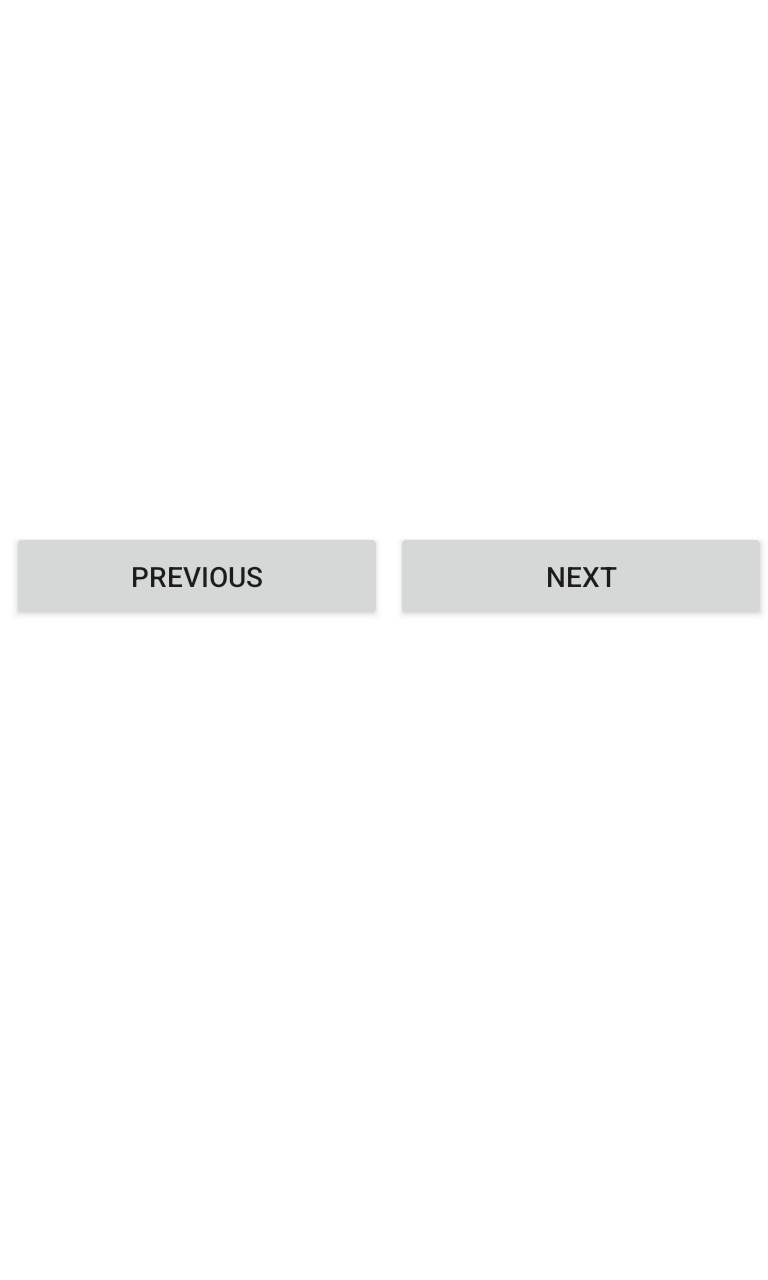
Repository: Warun26/PropertySearch
Layout: PropertySearch/res/layout/historical_zestimates_tab.xml
These files come from the project's save history. The layout is drawn as it stood at one moment and after a run of saves; the edit follows.
It is drawn on a 768 x 1280 px phone screen (xhdpi) without system bars, with theme AppTheme; the app's code is not run. The app's manifest (not shown) leaves right-to-left support off. So textAlignment, textDirection and layoutDirection are ignored, and left and right values win over start and end ones.

Above is the layout before, as saved 2014-11-23 05:48:23.

### PropertySearch/res/layout/historical_zestimates_tab.xml
<?xml version="1.0" encoding="utf-8"?>
<LinearLayout xmlns:android="http://schemas.android.com/apk/res/android"
    android:id="@+id/tab2"
    android:layout_width="fill_parent"
    android:layout_height="fill_parent"
    android:orientation="vertical"
    android:background="#fff">

    <TextSwitcher
        android:id="@+id/chartYear"
        android:layout_width="fill_parent"
        android:layout_height="wrap_content"
        android:background="#fff"
        android:padding="5dp"
        android:textSize = "16sp"
        android:textStyle="bold"
        android:layout_marginTop="10dp"
        android:layout_marginBottom="5dp" />


    <TextView
	     android:id="@+id/address"
	     android:layout_width="wrap_content"
	     android:layout_height="wrap_content"
	     android:padding="0dp"
	     android:textSize="14sp"
	     android:textAlignment="center"
	     android:layout_gravity="center"  >
	</TextView>

    <ImageSwitcher
      android:id="@+id/ZestimateCharts"
      android:layout_width="fill_parent"
      android:layout_height="200dp" >
    </ImageSwitcher>

    <LinearLayout
        android:id="@+id/imageNavigationButtons"
        android:layout_width="fill_parent"
        android:layout_height="wrap_content"
        android:orientation="horizontal">
	    <Button
	      	android:id="@+id/previousImageButton"
	        android:layout_width="75dp"
	        android:layout_height="wrap_content"
	        android:text="@string/previous"
	        android:layout_marginLeft="5dp"
	        android:layout_marginStart="5dp"
	        android:layout_marginTop="20dp"
	        android:paddingLeft="3dp"
	        android:paddingRight="3dp"
	        android:layout_weight="1" />

	    <Button
	      	android:id="@+id/nextImageButton"
	        android:layout_width="75dp"
	        android:layout_height="wrap_content"
	        android:text="@string/next"
	        android:layout_marginLeft="5dp"
	        android:layout_marginStart="5dp"
	        android:layout_marginTop="20dp"
	        android:paddingLeft="3dp"
	        android:paddingRight="3dp"
	        android:layout_weight="1" />
        </LinearLayout>
        <TextView
            android:id="@+id/branding2"
            android:layout_width="200dp"
            android:layout_height="wrap_content"
            android:textColorLink="#0000EE"
            android:textColor="#000"
            android:textAlignment="center"
            android:gravity="center_horizontal"
            android:layout_gravity="center_horizontal" />
</LinearLayout>

### PropertySearch/res/values/strings.xml
<?xml version="1.0" encoding="utf-8"?>
<resources>

    <string name="app_name">PropertySearch</string>
    <string name="hello_world">Hello world!</string>
    <string name="action_settings">Settings</string>
    <string name="search">Search</string>
    <string name="title_activity_main">MainActivity</string>
    <string name="form_title">Search Your Property Here</string>
    <string name="street_address">Street Address</string>
    <string name="address">Address*:</string>
    <string name="city_label">City*:</string>
    <string name="city">City</string>
    <string name="state">State*:</string>
    <string name="zillow_image">Zillow Logo</string>
    <string name="error_message">This field is required.</string>
    <string name="body1">body1</string>
    <string name="body2">body2</string>
    <string name="previous">Previous</string>
    <string name="next">Next</string>
    <string name="more_details">See more details on Zillow:</string>
    <string-array name="states">
        <item>Choose State</item>
        <item>AL</item>
        <item>AK</item>
        <item>AZ</item>
        <item>AR</item>
        <item>CA</item>
        <item>CO</item>
        <item>CT</item>
        <item>DE</item>
        <item>DC</item>
        <item>FL</item>
        <item>GA</item>
        <item>HI</item>
        <item>ID</item>
        <item>IL</item>
        <item>IN</item>
        <item>IA</item>
        <item>KS</item>
        <item>KY</item>
        <item>LA</item>
        <item>ME</item>
        <item>MD</item>
        <item>MA</item>
        <item>MI</item>
        <item>MN</item>
        <item>MS</item>
        <item>MO</item>
        <item>MT</item>
        <item>NE</item>
        <item>NV</item>
        <item>NH</item>
        <item>NJ</item>
        <item>NM</item>
        <item>NY</item>
        <item>NC</item>
        <item>ND</item>
        <item>OH</item>
        <item>OK</item>
        <item>OR</item>
        <item>PA</item>
        <item>PA</item>
        <item>RI</item>
        <item>SC</item>
        <item>SD</item>
        <item>TN</item>
        <item>TX</item>
        <item>UT</item>
        <item>VT</item>
        <item>VA</item>
        <item>WA</item>
        <item>WV</item>
        <item>WI</item>
        <item>WY</item>
    </string-array>

    <string name="title_activity_display_property_details">Results from Zillow</string>

</resources>

Loaded but not shown: PropertySearch/res/values/styles.xml (common file); PropertySearch/res/values-v11/styles.xml (common file); PropertySearch/res/values-v14/styles.xml (common file)

After the next 3 saves:
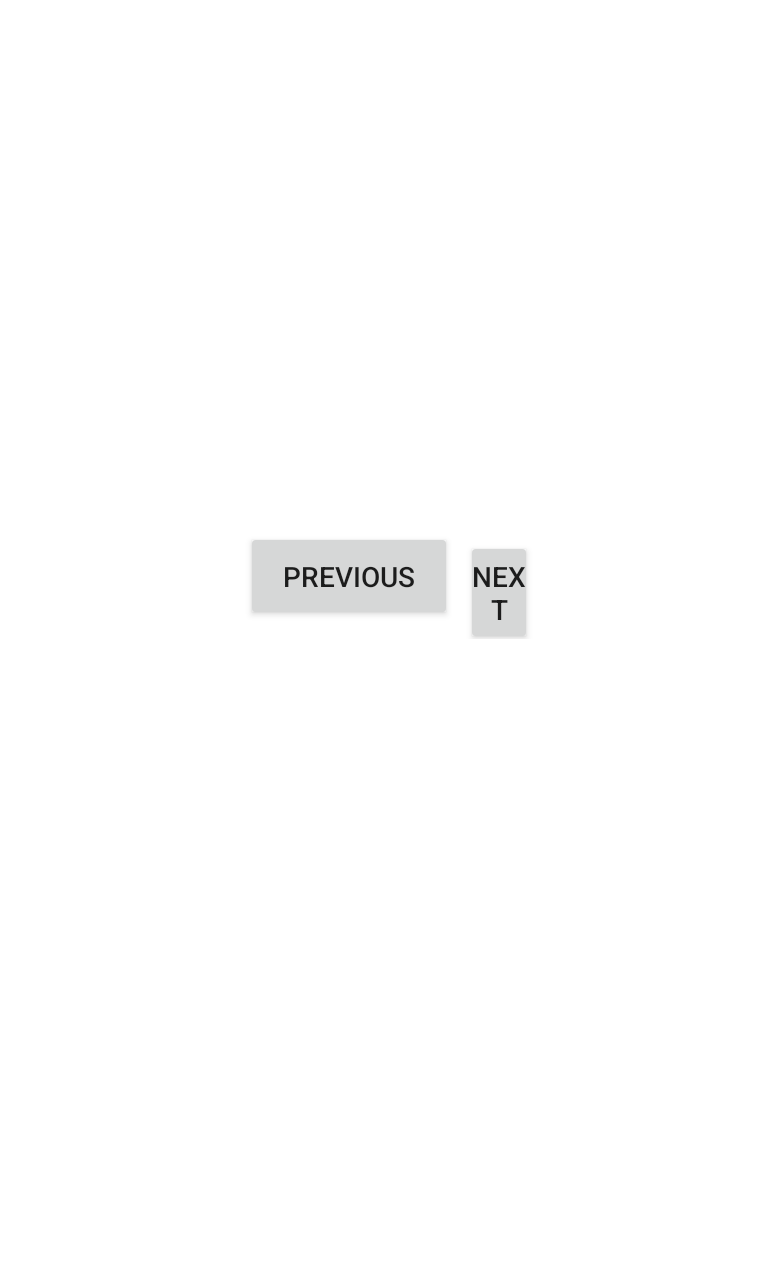
The 3 saves are shown as one change because 2 did not build or start.
The last was saved 62 s later.
--- a/PropertySearch/res/layout/historical_zestimates_tab.xml
+++ b/PropertySearch/res/layout/historical_zestimates_tab.xml
@@ -36,12 +36,13 @@
 
     <LinearLayout
         android:id="@+id/imageNavigationButtons"
-        android:layout_width="fill_parent"
+        android:layout_width="150dp"
         android:layout_height="wrap_content"
-        android:orientation="horizontal">
+        android:orientation="horizontal"
+        android:layout_gravity="center_horizontal" >
 	    <Button
 	      	android:id="@+id/previousImageButton"
-	        android:layout_width="75dp"
+	        android:layout_width="fill_parent"
 	        android:layout_height="wrap_content"
 	        android:text="@string/previous"
 	        android:layout_marginLeft="5dp"
